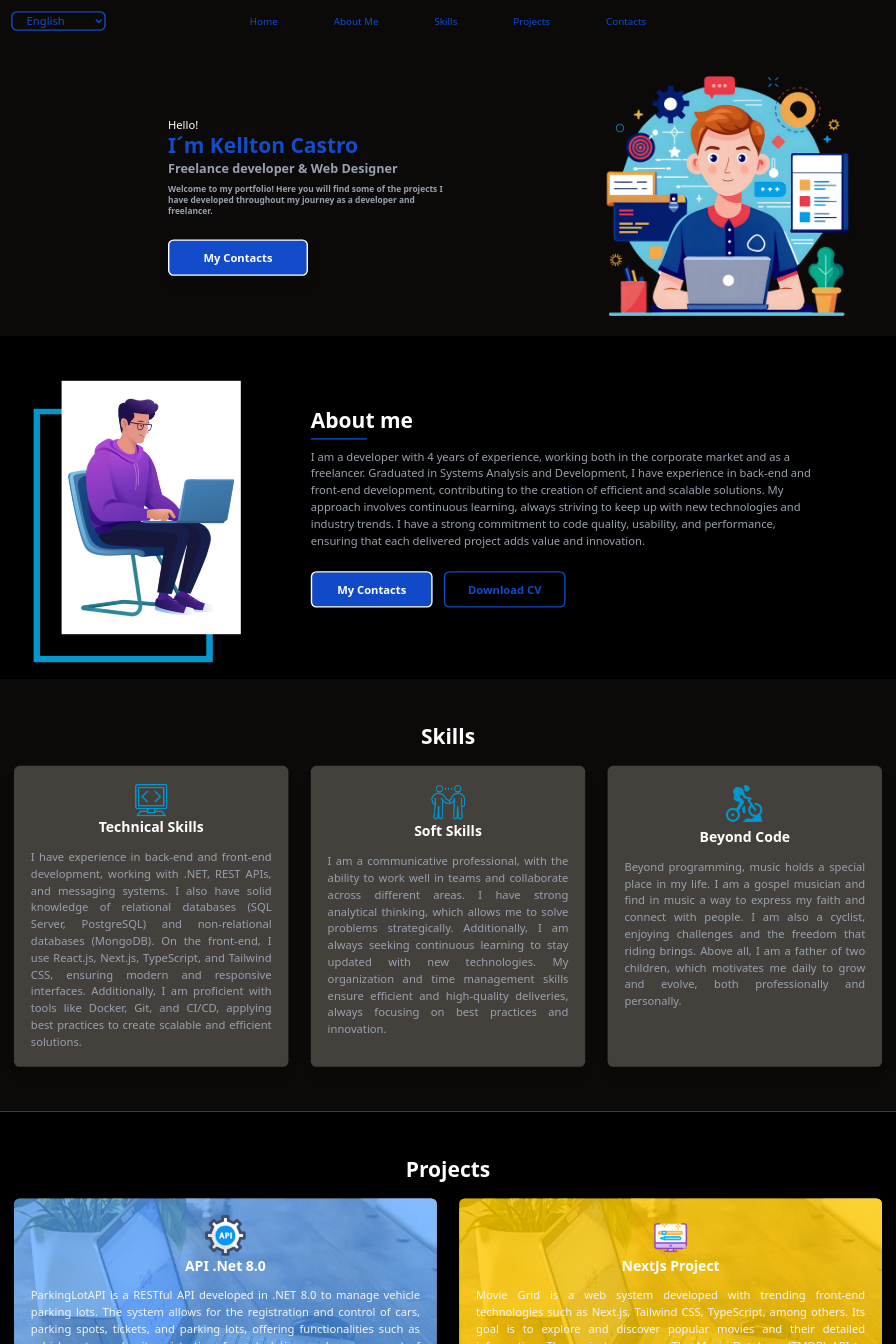
Repository: kcsdesenvolvedor/portfolio
Page: index.html
The author's editor kept a copy of each file at every save. The page is drawn from the files as they stood at one save, then again after the next save.
The browser window is 1280 px wide. The pictures show the part of the page from y = 0 to 1920 px (the page is 2838 px tall), at 70% of full size.

Above is the page before, as saved 2025-03-26 18:19:49.
Console error: TypeError: Cannot read properties of null (reading 'textContent')

After the next save:
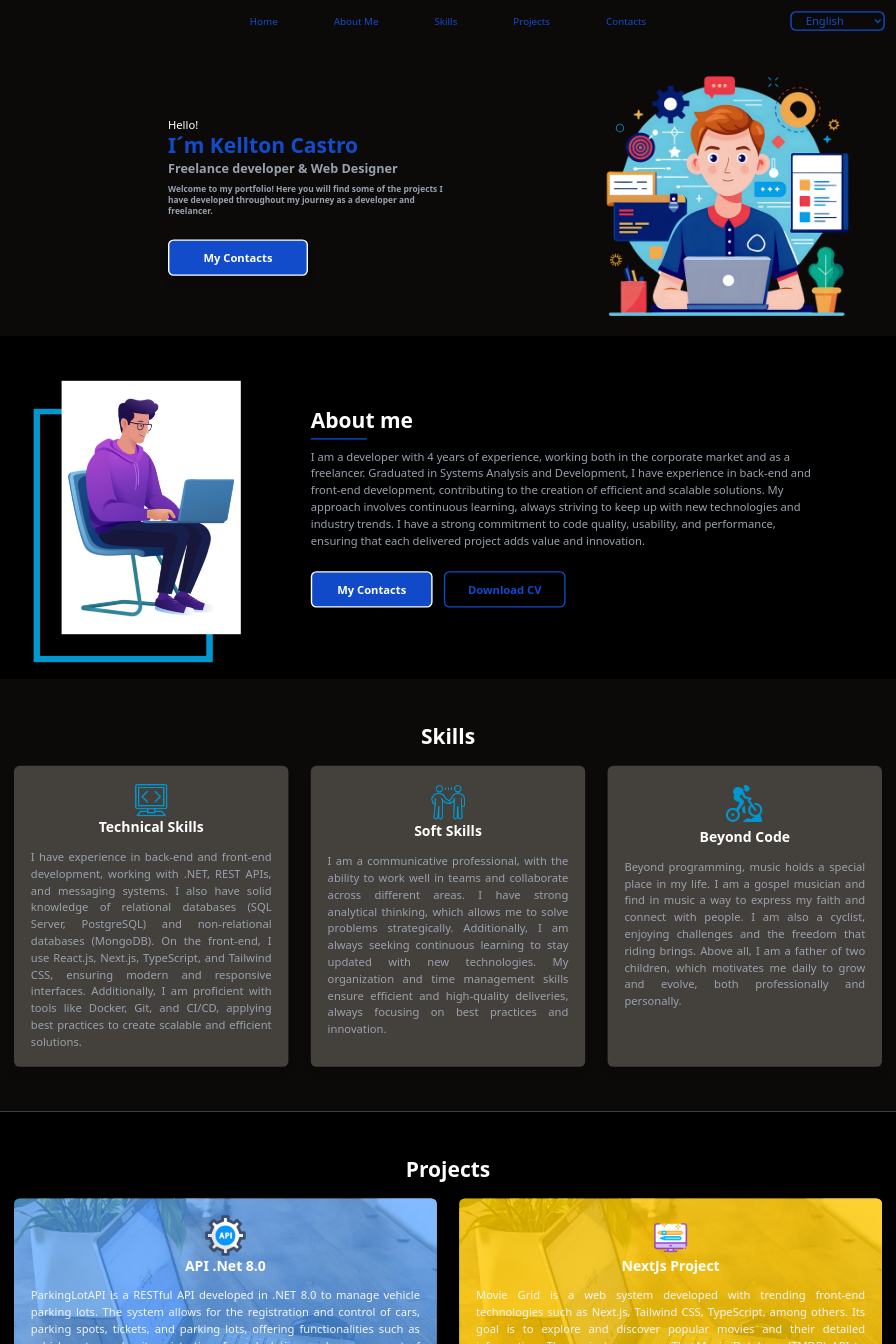
Saved 20 s later.
--- a/index.html
+++ b/index.html
@@ -59,13 +59,15 @@
                     </svg>
                 </button>
             </div>
-            <ul class="hidden absolute top-1/2 left-1/2 transform -translate-y-1/2 -translate-x-1/2 lg:mx-auto lg:flex lg:items-center lg:w-auto lg:space-x-20">
-                <li><a class="text-sm text-blue-600/80 dark:text-sky-400/80 hover:text-white" href="#home" data-i18n="home"></a></li>
-                <li><a class="text-sm text-blue-600/80 dark:text-sky-400/80 hover:text-white" href="#about" data-i18n="about"></a></li>
-                <li><a class="text-sm text-blue-600/80 dark:text-sky-400/80 hover:text-white" href="#achievements" data-i18n="skills"></a></li>
-                <li><a class="text-sm text-blue-600/80 dark:text-sky-400/80 hover:text-white" href="#achievements" data-i18n="projects"></a></li>
-                <li><a class="text-sm text-blue-600/80 dark:text-sky-400/80 hover:text-white" href="#contact" data-i18n="contacts"></a></li>
-            </ul>
+            <div>
+                <ul class="hidden absolute top-1/2 left-1/2 transform -translate-y-1/2 -translate-x-1/2 lg:mx-auto lg:flex lg:items-center lg:w-auto lg:space-x-20">
+                    <li><a class="text-sm text-blue-600/80 dark:text-sky-400/80 hover:text-white" href="#home" data-i18n="home"></a></li>
+                    <li><a class="text-sm text-blue-600/80 dark:text-sky-400/80 hover:text-white" href="#about" data-i18n="about"></a></li>
+                    <li><a class="text-sm text-blue-600/80 dark:text-sky-400/80 hover:text-white" href="#achievements" data-i18n="skills"></a></li>
+                    <li><a class="text-sm text-blue-600/80 dark:text-sky-400/80 hover:text-white" href="#achievements" data-i18n="projects"></a></li>
+                    <li><a class="text-sm text-blue-600/80 dark:text-sky-400/80 hover:text-white" href="#contact" data-i18n="contacts"></a></li>
+                </ul>
+            </div>
             <div class="w-lg">
                 <select id="language-select" class="border-2 border-blue-600/80 dark:border-sky-400/80 text-blue-600/80 dark:text-sky-400/80 bg-transparent rounded-lg px-4 py-2">
                     <option value="en">English</option>
